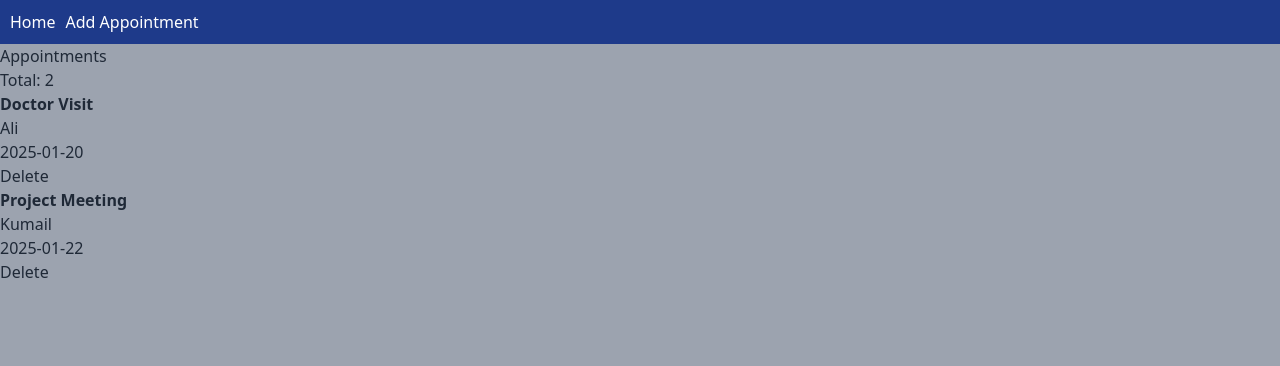
Repository: kumeil99/Appointment-Manager
Page: /
An editor plug-in stored every save of this project. The page is shown before and after a run of saves, followed by the edit.
The browser window is 1280 px wide. The pictures show the whole page.
The project was rebuilt for these pictures with package versions that can differ from the ones it lists, and the page was loaded fresh each time. Also part of the build but not shown: src/pages/CreateAppointment.js.

Above is the page before, as saved 2025-12-13 19:51:41.

### src/index.js
import React from 'react';
import ReactDOM from 'react-dom/client';
import './index.css';
import App from './App';
import AppointmentProvider from './context/AppointmentContext';

const root = ReactDOM.createRoot(document.getElementById('root'));
root.render(
  <React.StrictMode>
    <AppointmentProvider>
      <App />
    </AppointmentProvider>
  </React.StrictMode>
);

### src/index.css
@tailwind base;
@tailwind components;
@tailwind utilities;

/* optional global styles */
body {
  @apply bg-gray-400 text-gray-800;
  @apply font-sans;

}

### src/App.js
import { useState } from "react";
import Home from "./pages/Home";
import CreateAppointment from "./pages/CreateAppointment";
import Navbar from "./components/Navbar";

function App() {
  const [page, setPage] = useState("home");

  return (
    <div>
      <Navbar setPage={setPage} />

      {page === "home" && <Home />}
      {page === "create" && <CreateAppointment />}
    </div>
  );
}

export default App;

### src/context/AppointmentContext.js
import { createContext, useState } from "react";

export const AppointmentContext = createContext();

const AppointmentProvider = ({ children }) => {
  const [appointments, setAppointments] = useState([
    {
      id: 1,
      title: "Doctor Visit",
      date: "2025-01-20",
      client: "Ali"
    },
    {
      id: 2,
      title: "Project Meeting",
      date: "2025-01-22",
      client: "Kumail"
    }
  ]);

  const addAppointment = (appointment) => {
    setAppointments((prev) => [...prev, appointment]);
  };

  const deleteAppointment = (id) => {
    setAppointments((prev) =>
      prev.filter((appt) => appt.id !== id)
    );
  };

  return (
    <AppointmentContext.Provider
      value={{ appointments, addAppointment, deleteAppointment }}
    >
      {children}
    </AppointmentContext.Provider>
  );
};

export default AppointmentProvider;

### src/pages/Home.js
import { useContext } from "react";
import { AppointmentContext } from "../context/AppointmentContext";

const Home = () => {
  const { appointments, loading, error, deleteAppointment } =
    useContext(AppointmentContext);

  if (loading) return <p>Loading...</p>;
  if (error) return <p>{error}</p>;

  return (
  <div className="container">
    <h2>Appointments</h2>
    <h4>Total: {appointments.length}</h4>

    {appointments.map((a) => (
      <div key={a.id} className="appointment">
        <strong>{a.title}</strong>
        <div>{a.client}</div>
        <div>{a.date}</div>
        <button onClick={() => deleteAppointment(a.id)}>Delete</button>
      </div>
    ))}
  </div>
);

};

export default Home;

### src/components/Navbar.js
const Navbar = ({ setPage }) => {
  return (
    <div
      style={{
        padding: "10px",
        background: "#1e3a8a",
        color: "#fff",
        display: "flex",
        gap: "10px",
      }}
    >
      <button onClick={() => setPage("home")}>Home</button>
      <button onClick={() => setPage("create")}>Add Appointment</button>
    </div>
  );
};

export default Navbar;

### src/styles.css
/* ====== GLOBAL ====== */
* {
  box-sizing: border-box;
  font-family: Arial, Helvetica, sans-serif;
}

body {
  margin: 0;
  background: #f4f6f8;
  color: #333;
}

/* ====== NAVBAR ====== */
.navbar {
  background: #1e3a8a;
  padding: 12px 20px;
  display: flex;
  gap: 12px;
}

.navbar button {
  background: transparent;
  color: white;
  border: 1px solid rgba(255,255,255,0.4);
  padding: 8px 14px;
  border-radius: 4px;
  cursor: pointer;
}

.navbar button:hover {
  background: rgba(255,255,255,0.15);
}

/* ====== PAGE CONTAINER ====== */
.container {
  max-width: 800px;
  margin: 30px auto;
  padding: 20px;
}

/* ====== CARD ====== */
.card {
  background: white;
  border-radius: 6px;
  padding: 16px;
  margin-bottom: 14px;
  box-shadow: 0 2px 6px rgba(0,0,0,0.08);
}

/* ====== FORM ====== */
form label {
  font-weight: bold;
}

form input {
  width: 100%;
  padding: 8px;
  margin-top: 6px;
  margin-bottom: 14px;
  border: 1px solid #ccc;
  border-radius: 4px;
}

form button {
  background: #1e3a8a;
  color: white;
  border: none;
  padding: 10px 16px;
  border-radius: 4px;
  cursor: pointer;
}

form button:hover {
  background: #163172;
}

/* ====== DELETE BUTTON ====== */
.delete-btn {
  background: #dc2626;
  color: white;
  border: none;
  padding: 6px 10px;
  border-radius: 4px;
  cursor: pointer;
}

.delete-btn:hover {
  background: #b91c1c;
}

Loaded but not shown: public/index.html (common file); tailwind.config.js (common file)

After the next 2 saves:
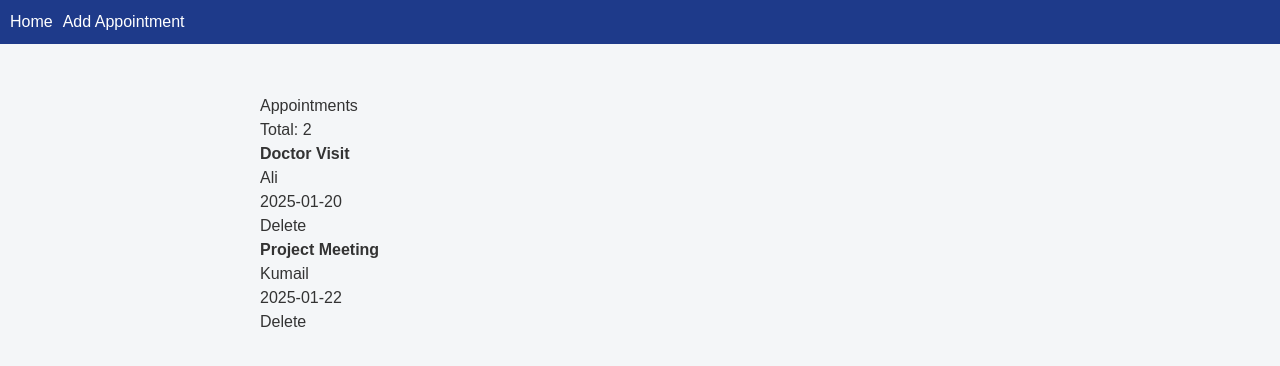
The 2 saves are shown as one change because they came seconds apart.
The last was saved 24 s later.
--- a/src/index.js
+++ b/src/index.js
@@ -1,6 +1,7 @@
 import React from 'react';
 import ReactDOM from 'react-dom/client';
 import './index.css';
+import './styles.css';
 import App from './App';
 import AppointmentProvider from './context/AppointmentContext';
 
